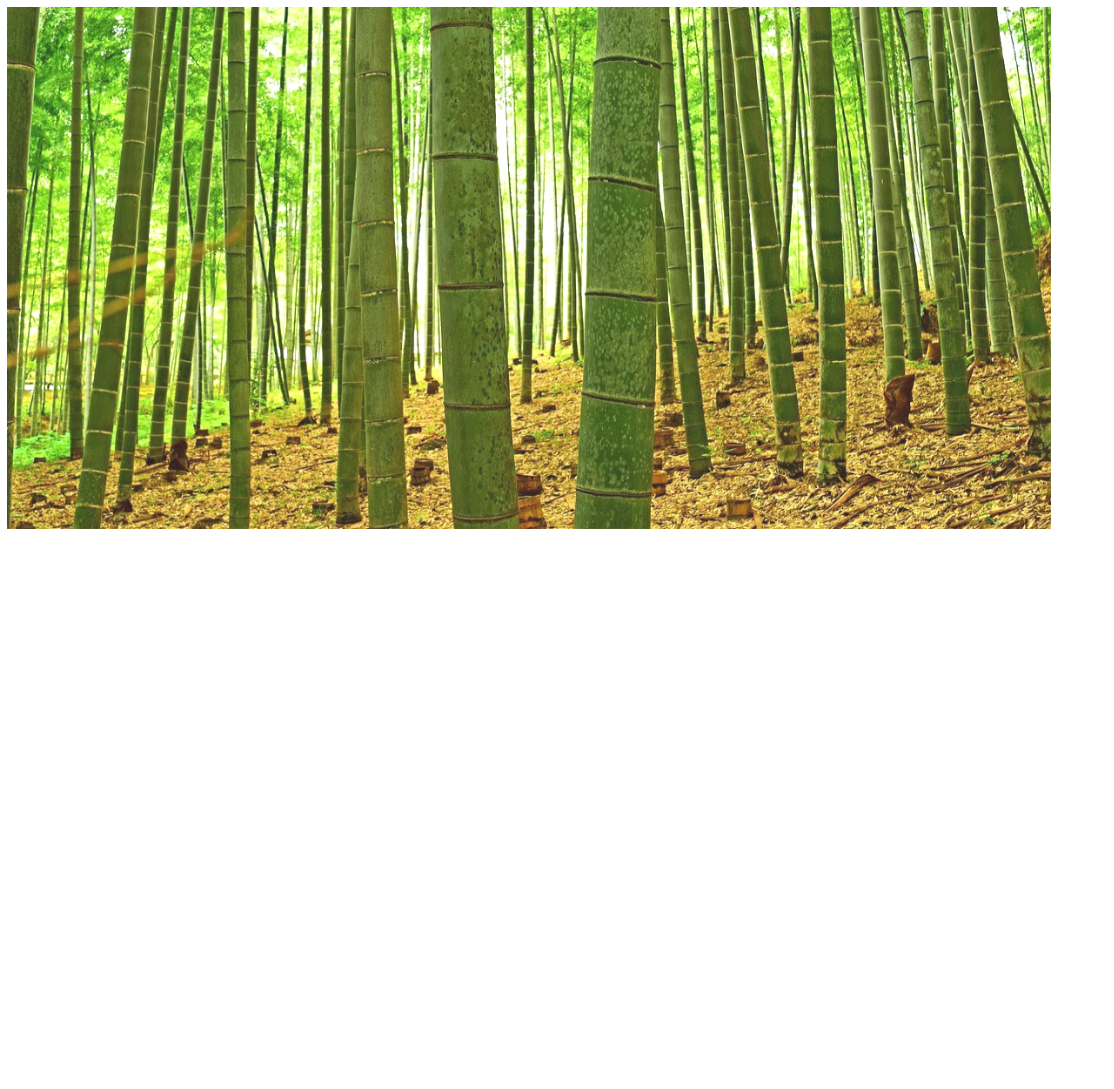
Repository: tanasa-mircea/playground
Page: canvas-filters/index.html
These files come from the project's save history. The page is drawn as it stood at one moment and after the next save; the edit follows.
The browser window is 1280 px wide. The pictures show the whole page, at 87% of full size.

Above is the page before, as saved 2019-02-08 11:20:00.

After the next save:
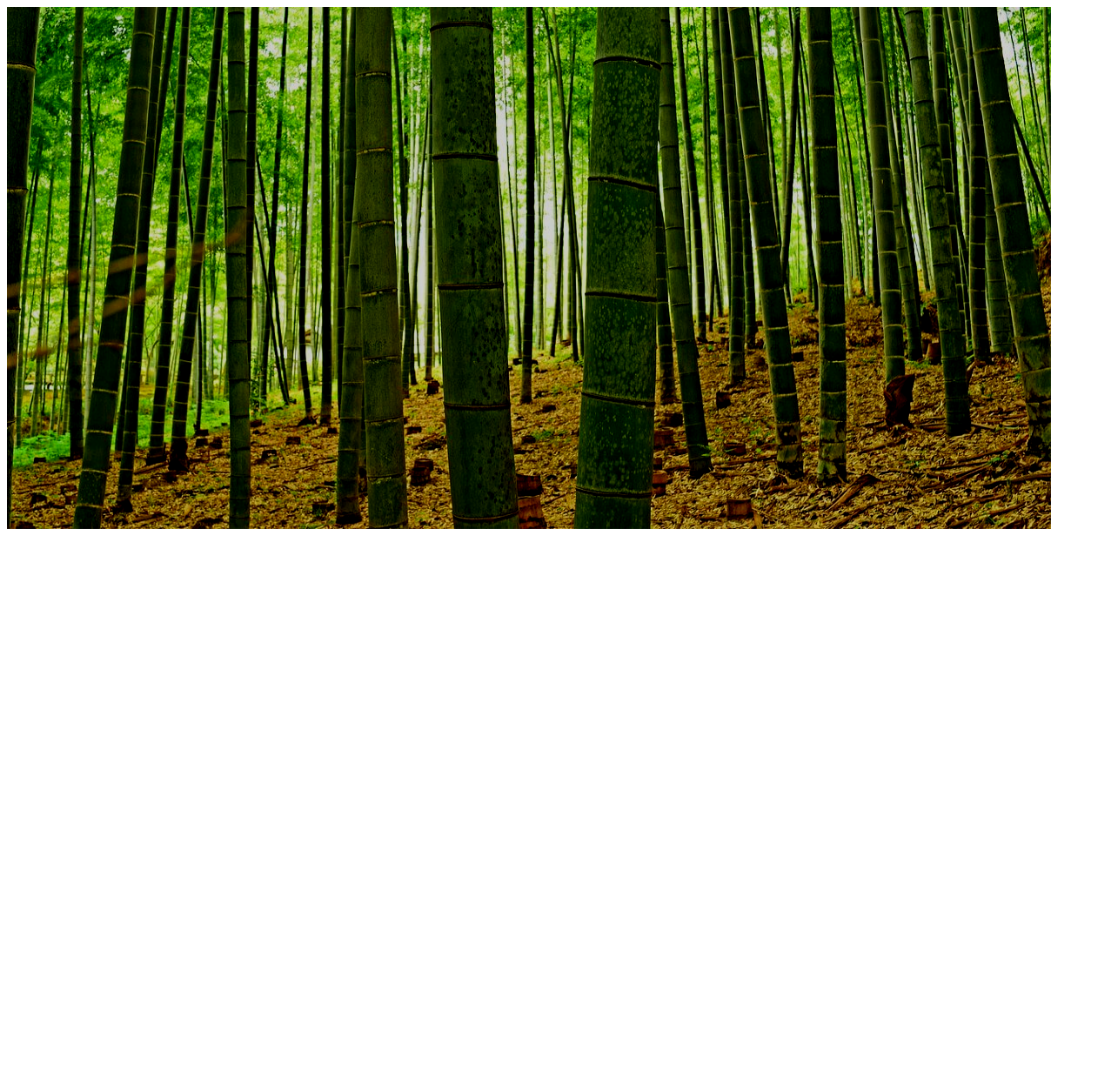
Saved 5 s later.
--- a/canvas-filters/main.js
+++ b/canvas-filters/main.js
@@ -20,7 +20,7 @@ function initCanvas() {
 
   // applyFilter(makeGrayscale, imageData);
   applyFilter(adjustBrightness, imageData, {
-    change: 30
+    change: -50
   });
   // applyFilter(makeSepia, imageData);
 }
